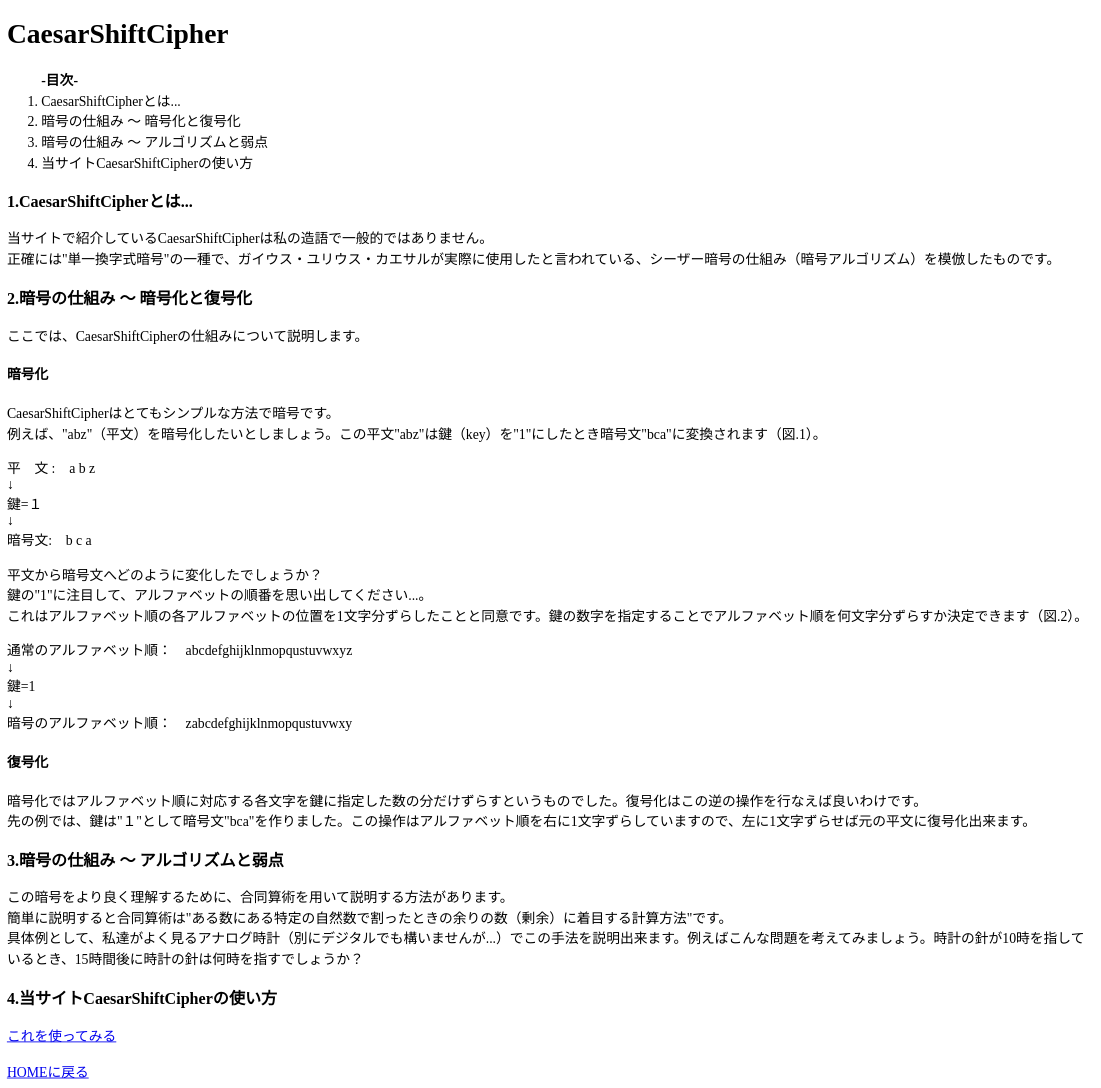
Repository: RantaWatari/TEST
Page: http://localhost/CipherProject/CipherMore?page=1
These files come from the project's save history. The page is drawn as it stood at one moment and after the next save; the edit follows.
The browser window is 1280 px wide. The pictures show the whole page, at 86% of full size.
The page is served by Tomcat 9.

Above is the page before, as saved 2017-07-25 06:48:16.

### CipherProject/WebContent/WEB-INF/jsp/CaesarShiftCipher.jsp
<%@ page language="java" contentType="text/html; charset=UTF-8"
    pageEncoding="UTF-8"%>
<!DOCTYPE html PUBLIC "-//W3C//DTD HTML 4.01 Transitional//EN" "http://www.w3.org/TR/html4/loose.dtd">
<html>
<head>
<meta http-equiv="Content-Type" content="text/html; charset=UTF-8">
<title>CaesarShiftCipher-Page</title>
</head>
<body>

<h1>CaesarShiftCipher</h1>
	<ol>
	<strong>-目次-</strong>
	<li>CaesarShiftCipherとは...</li>
	<li>暗号の仕組み ～ 暗号化と復号化</li>
	<li>暗号の仕組み ～ アルゴリズムと弱点</li>
	<li>当サイトCaesarShiftCipherの使い方</li>
	</ol>
<h3>1.CaesarShiftCipherとは...</h3>
	<p>当サイトで紹介しているCaesarShiftCipherは私の造語で一般的ではありません。<br>
		正確には"単一換字式暗号"の一種で、ガイウス・ユリウス・カエサルが実際に使用したと言われている、シーザー暗号の仕組み（暗号アルゴリズム）を模倣したものです。</p>
<h3>2.暗号の仕組み ～ 暗号化と復号化</h3>
	<p>ここでは、CaesarShiftCipherの仕組みについて説明します。</p>
	<h4>暗号化</h4>
		<p>CaesarShiftCipherはとてもシンプルな方法で暗号です。<br>
			例えば、"abz"（平文）を暗号化したいとしましょう。この平文"abz"は鍵（key）を"1"にしたとき暗号文"bca"に変換されます（図.1）。</p>
		<p>平　文 :　a b z<br>↓<br>鍵=１<br>↓<br>暗号文:　b c a</p>
		<p>平文から暗号文へどのように変化したでしょうか？<br>
			鍵の"1"に注目して、アルファベットの順番を思い出してください...。<br>
			これはアルファベット順の各アルファベットの位置を1文字分ずらしたことと同意です。鍵の数字を指定することでアルファベット順を何文字分ずらすか決定できます（図.2）。</p>
		<p>通常のアルファベット順：　abcdefghijklnmopqustuvwxyz<br>↓<br>鍵=1<br>↓<br>暗号のアルファベット順：　zabcdefghijklnmopqustuvwxy</p>
	<h4>復号化</h4>
		<p>暗号化ではアルファベット順に対応する各文字を鍵に指定した数の分だけずらすというものでした。復号化はこの逆の操作を行なえば良いわけです。<br>
			先の例では、鍵は"１"として暗号文"bca"を作りました。この操作はアルファベット順を右に1文字ずらしていますので、左に1文字ずらせば元の平文に復号化出来ます。</p>
<h3>3.暗号の仕組み ～ アルゴリズムと弱点</h3>
	<p>この暗号をより良く理解するために、合同算術を用いて説明する方法があります。<br>
		簡単に説明すると合同算術は"ある数にある特定の自然数で割ったときの余りの数（剰余）に着目する計算方法"です。<br>
		具体例として、私達がよく見るアナログ時計（別にデジタルでも構いませんが...）でこの手法を説明出来ます。例えばこんな問題を考えてみましょう。時計の針が10時を指しているとき、15時間後に時計の針は何時を指すでしょうか？</p>

<h3>4.当サイトCaesarShiftCipherの使い方</h3>
	<p></p>
<a href="http://localhost/CaesarShiftCipher/CaesarShiftCipher">これを使ってみる</a><br><br>
<a href="/CipherProject/">HOMEに戻る</a>

</body>
</html>

### CipherProject/src/servlet/Cipher.java
package servlet;

import java.io.IOException;

import javax.servlet.RequestDispatcher;
import javax.servlet.ServletException;
import javax.servlet.annotation.WebServlet;
import javax.servlet.http.HttpServlet;
import javax.servlet.http.HttpServletRequest;
import javax.servlet.http.HttpServletResponse;

@WebServlet("/CipherMore")
public class Cipher extends HttpServlet {
	private static final long serialVersionUID = 1L;

	protected void doGet(HttpServletRequest request, HttpServletResponse response) throws ServletException, IOException {

		String page =  request.getParameter("page");
		int pageNum = Integer.parseInt(page);

		if(pageNum == 0){

		}else if(pageNum == 1){
			RequestDispatcher dispatcher = request.getRequestDispatcher("/WEB-INF/jsp/CaesarShiftCipher.jsp");
			dispatcher.forward(request, response);
		}else if(pageNum == 2){
			RequestDispatcher dispatcher = request.getRequestDispatcher("/WEB-INF/jsp/VigenereCipher.jsp");
			dispatcher.forward(request, response);
		}else if(pageNum == 3){
			RequestDispatcher dispatcher = request.getRequestDispatcher("/WEB-INF/jsp/Enigma.jsp");
			dispatcher.forward(request, response);
		}else if(pageNum == 777){
			RequestDispatcher dispatcher = request.getRequestDispatcher("/WEB-INF/jsp/Unicode.jsp");
			dispatcher.forward(request, response);
		}

	}

}

After the next save:
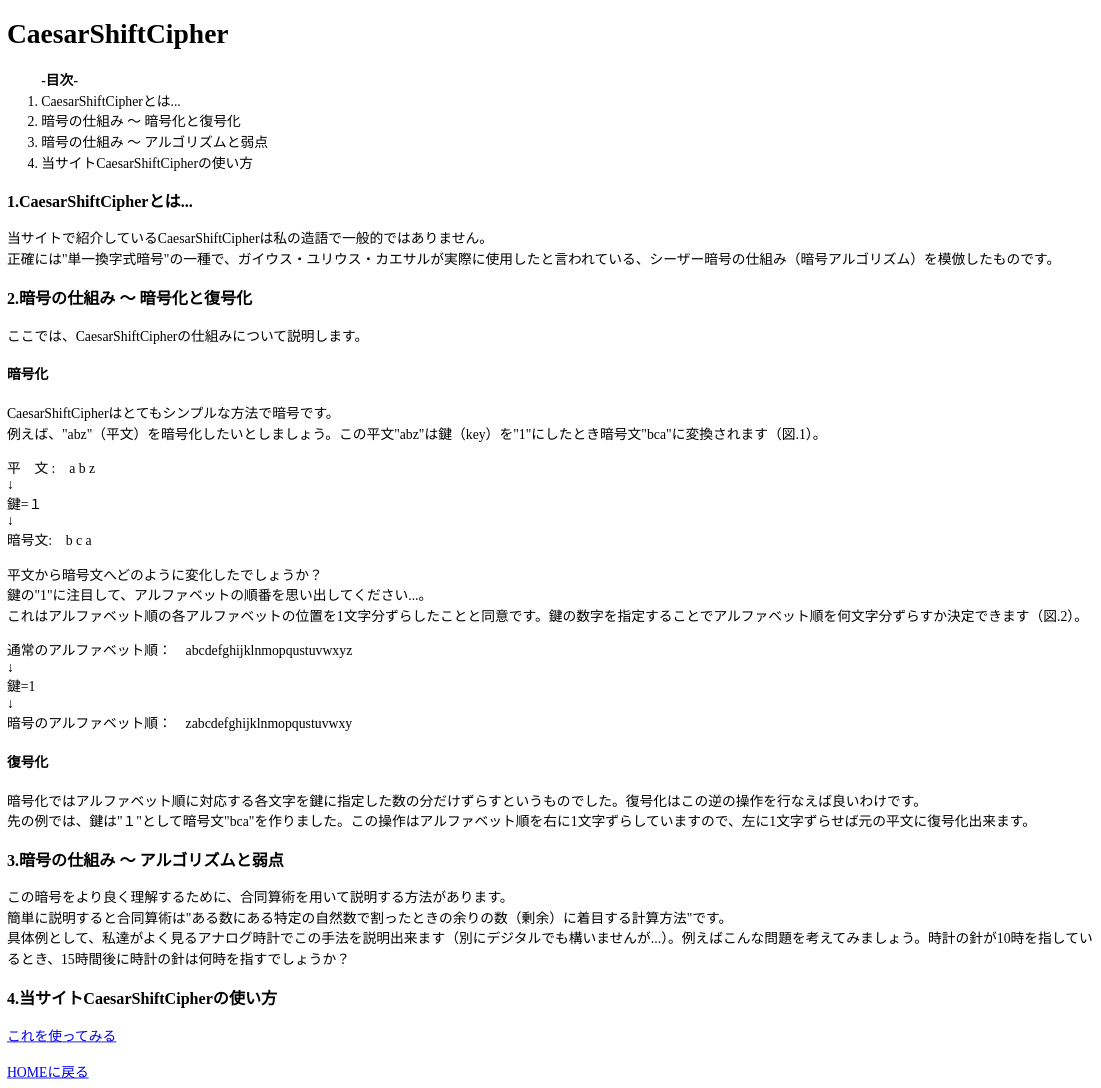
Saved 10 s later.
--- a/CipherProject/WebContent/WEB-INF/jsp/CaesarShiftCipher.jsp
+++ b/CipherProject/WebContent/WEB-INF/jsp/CaesarShiftCipher.jsp
@@ -35,7 +35,7 @@
 <h3>3.暗号の仕組み ～ アルゴリズムと弱点</h3>
 	<p>この暗号をより良く理解するために、合同算術を用いて説明する方法があります。<br>
 		簡単に説明すると合同算術は"ある数にある特定の自然数で割ったときの余りの数（剰余）に着目する計算方法"です。<br>
-		具体例として、私達がよく見るアナログ時計（別にデジタルでも構いませんが...）でこの手法を説明出来ます。例えばこんな問題を考えてみましょう。時計の針が10時を指しているとき、15時間後に時計の針は何時を指すでしょうか？</p>
+		具体例として、私達がよく見るアナログ時計でこの手法を説明出来ます（別にデジタルでも構いませんが...）。例えばこんな問題を考えてみましょう。時計の針が10時を指しているとき、15時間後に時計の針は何時を指すでしょうか？</p>
 
 <h3>4.当サイトCaesarShiftCipherの使い方</h3>
 	<p></p>
